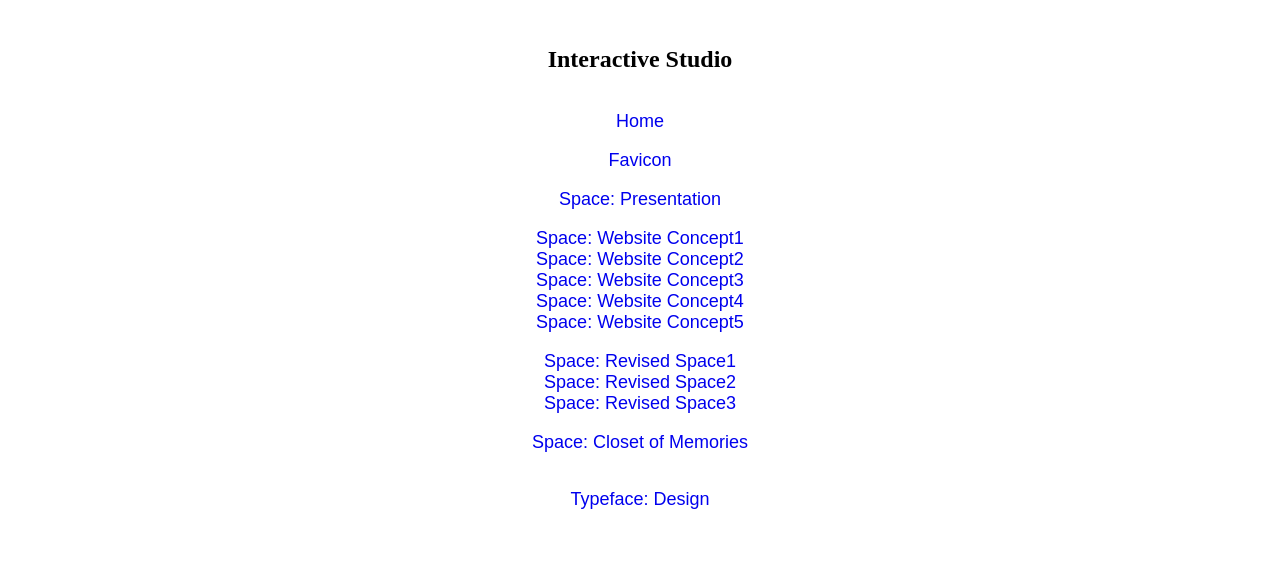
Repository: parkh899/parkh899.github.io
Page: studio/index.html
The author's editor kept a record of every edit. The page is drawn from the files as they stood at one moment, then again after the next edit.
The browser window is 1280 px wide. The pictures show the whole page.

Above is the page before.

### studio/index.html
<html>
    <head>
    <style>
    a:link {
        text-decoration: none;
    	font-family: vrinda, arial, "Times New Roman", Times, serif;
    	font-size: 18px;
    }

    a:visited {
        text-decoration: none;
    }

    a:hover {
        text-decoration: underline;
    }

    a:active {
        text-decoration: underline;
    }
    </style>
    <link rel="icon" href="../favicon.jpg" sizes="16x16 32x32" type="image/jpg">
    </head>

    <body>
        <center>
            <br/>
            <h2>Interactive Studio</h2>
            <br/>

            <a href= "../index.html">Home</a><br/><br/>
            <a href= "favicon.html">Favicon</a><br/><br/>
            <a href= "space/space.pdf">Space: Presentation</a><br/><br/>
            <a href= "space/concept1.pdf">Space: Website Concept1</a><br/>
            <a href= "space/concept2.pdf">Space: Website Concept2</a><br/>
            <a href= "space/concept3.pdf">Space: Website Concept3</a><br/>
            <a href= "space/concept4.pdf">Space: Website Concept4</a><br/>
            <a href= "space/concept5.pdf">Space: Website Concept5</a><br/><br/>
            <a href= "space/concept1rev.pdf">Space: Revised Space1</a><br/>
            <a href= "space/concept2rev.pdf">Space: Revised Space2</a><br/>
            <a href= "space/concept3rev.pdf">Space: Revised Space3</a><br/><br/>
            <a href= "space/caart.html">Space: Closet of Memories</a><br/><br/><br/>
            <a href= "typeface/typeface.pdf">Typeface: Design</a>
        </center>
    </body>
</html>

After the next edit:
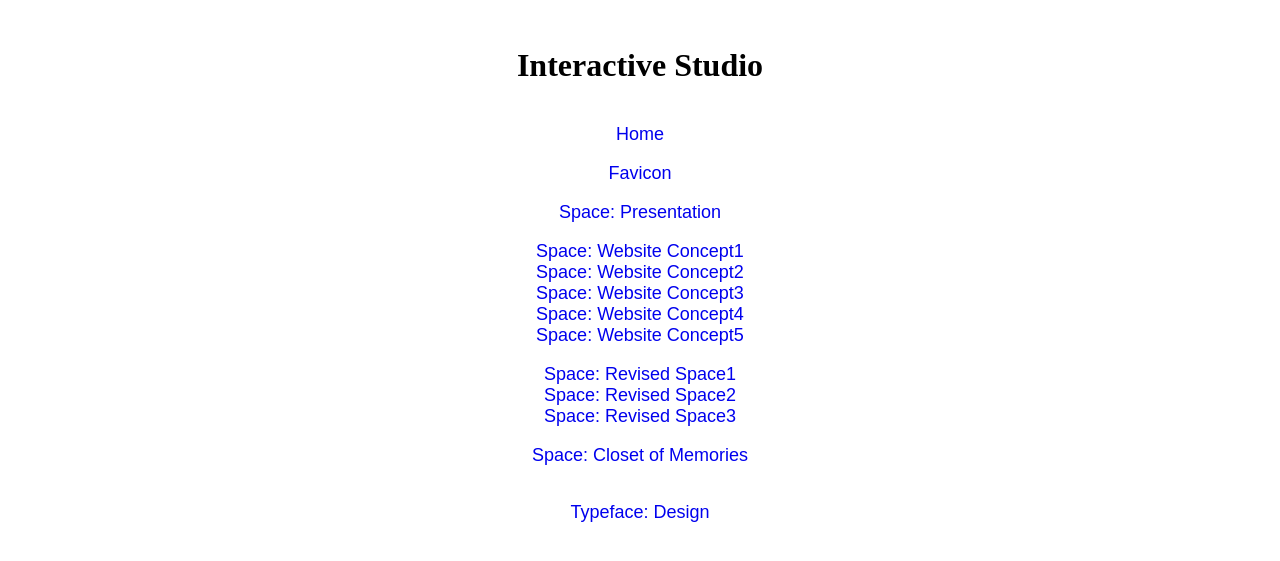
The edit:
--- a/studio/index.html
+++ b/studio/index.html
@@ -25,7 +25,7 @@
     <body>
         <center>
             <br/>
-            <h2>Interactive Studio</h2>
+            <h1>Interactive Studio</h1>
             <br/>
 
             <a href= "../index.html">Home</a><br/><br/>
